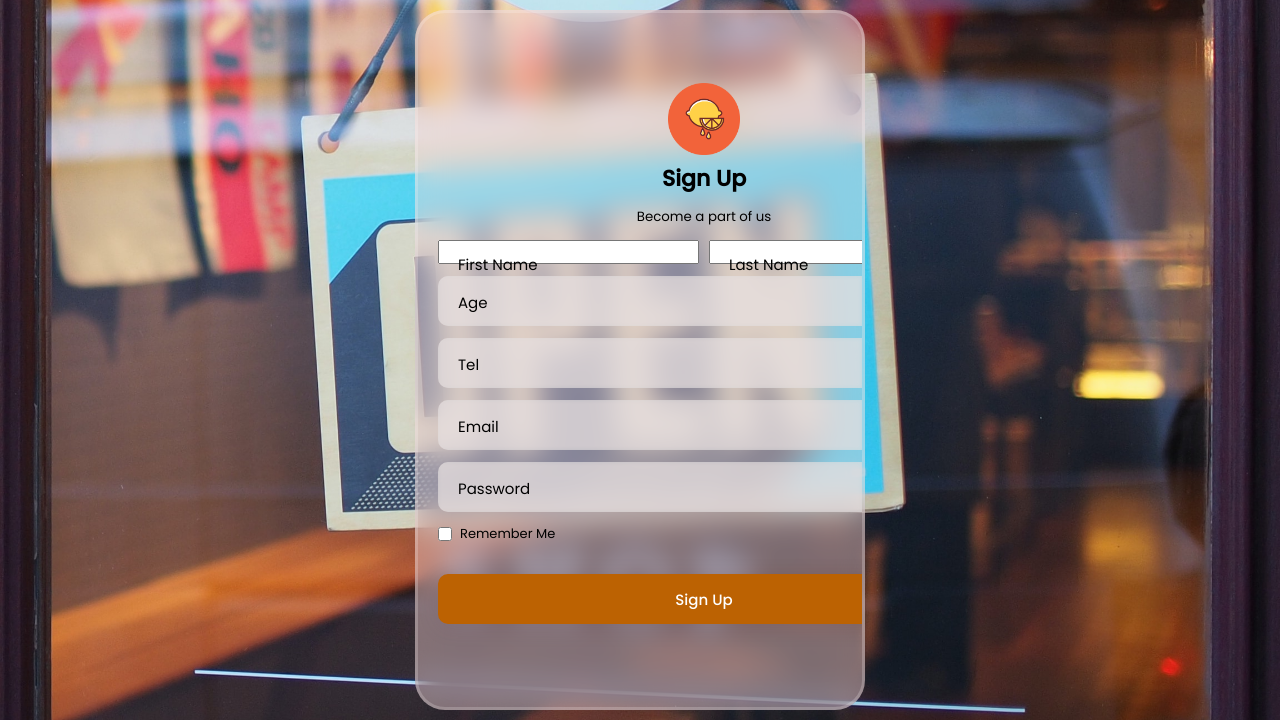
Repository: MauDucKG/BigFarm
Page: http://localhost/BigFarm/views/main/register/index.php?page=main&controller=register&action=submit
The author's editor kept a copy of each file at every save. The page is drawn from the files as they stood at one save, then again after a run of saves.
The browser window is 1280 px wide. The pictures show the whole page.
Some web libraries are served in a nearby version. The page is run by PHP 8.4 with error messages shown; the project is at /var/www/html/.

Above is the page before, as saved 2023-04-26 20:29:39.

### views/main/register/index.php
<!DOCTYPE html>
<html lang="en">

<head>
	<meta charset="utf-8">
	<meta name="viewport" content="width=device-width, initial-scale=1">
	<title>Register</title>
	<!-- <link href="https://cdn.jsdelivr.net/npm/bootstrap@5.2.2/dist/css/bootstrap.min.css" rel="stylesheet" integrity="sha384-Zenh87qX5JnK2Jl0vWa8Ck2rdkQ2Bzep5IDxbcnCeuOxjzrPF/et3URy9Bv1WTRi" crossorigin="anonymous"> -->
	<link rel="stylesheet" href="assets/stylesheets/register.css">
    <script src="https://kit.fontawesome.com/4ccf3877a2.js" crossorigin="anonymous"></script>
    <!-- <style>
        @import url('https://fonts.googleapis.com/css2?family=Poppins:wght@400;500&display=swap');
body{
    background: url("https://images.unsplash.com/photo-1472851294608-062f824d29cc?ixlib=rb-4.0.3&ixid=MnwxMjA3fDB8MHxwaG90by1wYWdlfHx8fGVufDB8fHx8&auto=format&fit=crop&w=2304&q=80");
    background-size: cover;
    background-position: center;
    background-repeat: no-repeat;
    background-attachment: fixed;
}
*{
    margin: 0;
    padding: 0;
    box-sizing: border-box;
    font-family: 'Poppins',sans-serif;
}
.wrapper{
    display: flex;
    justify-content: center;
    align-items: center;
    min-height: 100vh;
    width: 100%;
}
.box{
    display: flex;
    flex-direction: row;
    position: relative;
    padding: 60px 20px 30px 20px;
    height: 700px;
    width: 450px;
    background-color: rgba(255, 220, 220, 0.4);
    border-radius: 30px;
    -webkit-backdrop-filter: blur(15px);
    backdrop-filter: blur(15px);
    border: 3px solid rgba(255, 255, 255, 0.2);
    overflow: hidden;
}
.box-register{
    position: absolute;
    width: 85%;
    right: -350px;
    transition: .5s ease-in-out;
}
.top-header{
    text-align: center;
    margin: 10px auto;
}
.top-header h3{
    font-size: 22px;
    font-weight: 600;
    margin-bottom: 8px;
}
.input-group{
    width: 100%;
}
.input-field{
    width: 100%;
    margin-bottom: 12px;
    position: relative;
}
.input-box{
    width: 100%;
    height: 50px;
    font-size: 15px;
    color: #040404;
    border: none;
    border-radius: 10px;
    padding: 7px 45px 0 20px;
    background: rgba(224, 223, 223, 0.6);
    -webkit-backdrop-filter: blur(2px);
    backdrop-filter: blur(2px);
    outline: none;
}
.input-field label{
    position: absolute;
    left: 20px;
    top: 15px;
    font-size: 15px;
    transition: .3s ease-in-out;
}
.input-box:focus ~ label,.input-box:valid ~ label{
    top: 2px;
    font-size: 10px;
    color: #c12828;
    font-weight: 500;
}
.eye-area{
    position: absolute;
    top: 25px;
    right: 25px;
}
.eye-box{
    display: flex;
    justify-content: center;
    align-items: center;
    position: relative;
}
i{
    position: absolute;
    color: #444444;
    cursor: pointer;
}
#eye,#eye-2{
    opacity: 1;
}
#eye-slash,#eye-slash-2{
    opacity: 0;
}
.remember{
    display: flex;
    font-size: 13px;
    margin: 12px 0 30px 0;
    color: #000;
}
.check{
    margin-right: 8px;
    width: 14px;
}
.input-submit{
    width: 100%;
    height: 50px;
    font-size: 15px;
    font-weight: 500;
    border: none;
    border-radius: 10px;
    background: #bc6202;
    color: #fff;
    box-shadow: 0px 4px 20px rgba(62, 9, 9, 0.145);
    cursor: pointer;
    transition: .4s;
}
.input-submit:hover{
    background: #db3e00;
    box-shadow: 0px 4px 20px rgba(62, 9, 9, 0.32);
}
#btn{
    position: absolute;
    bottom: 0;
    left: 0;
    width: 145px;
    height: 50px;
    background: #cccccd;
    border-radius: 10px;
    box-shadow: 2px 0px 12px rgba(0, 0, 0, 0.1);
    transition: .5s ease-in-out;
}
.name-box{
    display: flex;
    column-gap: 10px;
}
.name-box .input-box{
    width: 100%;
}
.name-box .input-field{
    width: 100%;
}
    </style> -->
</head>

<body>
    <div class="wrapper">
        <div class="box">
        <form action="index.php?page=main&controller=register&action=submit" method="POST" class="text-right">
            <div class="register-box" id="regUser">
                <div class="top-header">
                    <img src="assets/images/team_logo.png" alt="" width="72" height="72">
                    <h3>Sign Up</h3>
                    <small>Become a part of us</small>
                </div>
                <div class="input-group">
                    <div class="name-box">
                        <div class="input-field">
                            <input type="text" id="fname" name="fmane" required>
                            <label for="regUser">First Name</label>
                        </div>
                        <div class="input-field">
                            <input type="text" id="lname" name="lname" required>
                            <label for="regUser">Last Name</label>
                        </div>
                    </div>
                    <div class="input-field">
                        <input type="text" class="input-box" id="regUser" required>
                        <label for="regUser">Age</label>
                    </div>
                    <div class="input-field">
                        <input type="text" class="input-box" id="regUser" required>
                        <label for="regUser">Tel</label>
                    </div>
                    <div class="input-field">
                        <input type="text" class="input-box" id="email" name="email" required>
                        <label for="regUser">Email</label>
                    </div>
                    <div class="input-field">
                        <input type="password" class="input-box" id="pass" name="pass" required>
                        <label for="regPassword">Password</label>
                         <div class="eye-area">
                                <div class="eye-box" onclick="myRegPassword()">
                                    <i class="fa-regular fa-eye" id="eye-2"></i>
                                    <i class="fa-regular fa-eye-slash" id="eye-slash-2"></i>
                                </div>
                         </div>
                    </div>
                        <!-- <div class="input-field">
                            <input type="text" class="input-box" id="regUser" required>
                            <label for="regUser">Telephone number</label> -->
                        <!-- </div>
                        <div class="input-field">
                            <input type="radio" class="input-box" id="regUser" required>
                            <label for="regUser">Male</label>
                        </div>
                        <div class="input-field">
                            <input type="radio" class="input-box" id="regUser" required>
                            <label for="regUser">Female</label>
                        </div> -->
                    <div class="remember">
                        <input type="checkbox" id="formCheck-2" class="check">
                        <label for="formCheck-2">Remember Me</label>
                    </div>
                    <div class="input-field">
                        <input type="submit" class="input-submit" value="Sign Up">
                    </div>
                </div>
          </div>
        </form>
        </div>
    </div>
    <script>
        function myRegPassword(){
            var d = document.getElementById('regPassword');
            var b = document.getElementById("eye-2");
            var c = document.getElementById("eye-slash-2");
            if(d.type === "password"){
                d.type = "text"
                b.style.opacity = "0";
                c.style.opacity = "1";
            }else{
                d.type = "password"
                b.style.opacity = "1";
                c.style.opacity = "0";
            }
        }
    </script>
</body>

</html>

### assets/stylesheets/register.css
@import url('https://fonts.googleapis.com/css2?family=Poppins:wght@400;500&display=swap');
body{
    background: url("/BigFarm/assets/images/mike-petrucci-c9FQyqIECds-unsplash.jpg");
    background-size: cover;
    background-position: center;
    background-repeat: no-repeat;
    background-attachment: fixed;
}
*{
    margin: 0;
    padding: 0;
    box-sizing: border-box;
    font-family: 'Poppins',sans-serif;
}
.wrapper{
    display: flex;
    justify-content: center;
    align-items: center;
    min-height: 100vh;
    width: 100%;
}
.box{
    display: flex;
    flex-direction: row;
    position: relative;
    padding: 60px 20px 30px 20px;
    height: 700px;
    width: 450px;
    background-color: rgba(255, 220, 220, 0.4);
    border-radius: 30px;
    -webkit-backdrop-filter: blur(15px);
    backdrop-filter: blur(15px);
    border: 3px solid rgba(255, 255, 255, 0.2);
    overflow: hidden;
}
.box-register{
    position: absolute;
    width: 85%;
    right: -350px;
    transition: .5s ease-in-out;
}
.top-header{
    text-align: center;
    margin: 10px auto;
}
.top-header h3{
    font-size: 22px;
    font-weight: 600;
    margin-bottom: 8px;
}
.input-group{
    width: 100%;
}
.input-field{
    width: 100%;
    margin-bottom: 12px;
    position: relative;
}
.input-box{
    width: 100%;
    height: 50px;
    font-size: 15px;
    color: #040404;
    border: none;
    border-radius: 10px;
    padding: 7px 45px 0 20px;
    background: rgba(224, 223, 223, 0.6);
    -webkit-backdrop-filter: blur(2px);
    backdrop-filter: blur(2px);
    outline: none;
}
.input-field label{
    position: absolute;
    left: 20px;
    top: 15px;
    font-size: 15px;
    transition: .3s ease-in-out;
}
.input-box:focus ~ label,.input-box:valid ~ label{
    top: 2px;
    font-size: 10px;
    color: #c12828;
    font-weight: 500;
}
.eye-area{
    position: absolute;
    top: 25px;
    right: 25px;
}
.eye-box{
    display: flex;
    justify-content: center;
    align-items: center;
    position: relative;
}
i{
    position: absolute;
    color: #444444;
    cursor: pointer;
}
#eye,#eye-2{
    opacity: 1;
}
#eye-slash,#eye-slash-2{
    opacity: 0;
}
.remember{
    display: flex;
    font-size: 13px;
    margin: 12px 0 30px 0;
    color: #000;
}
.check{
    margin-right: 8px;
    width: 14px;
}
.input-submit{
    width: 100%;
    height: 50px;
    font-size: 15px;
    font-weight: 500;
    border: none;
    border-radius: 10px;
    background: #bc6202;
    color: #fff;
    box-shadow: 0px 4px 20px rgba(62, 9, 9, 0.145);
    cursor: pointer;
    transition: .4s;
}
.input-submit:hover{
    background: #db3e00;
    box-shadow: 0px 4px 20px rgba(62, 9, 9, 0.32);
}
#btn{
    position: absolute;
    bottom: 0;
    left: 0;
    width: 145px;
    height: 50px;
    background: #cccccd;
    border-radius: 10px;
    box-shadow: 2px 0px 12px rgba(0, 0, 0, 0.1);
    transition: .5s ease-in-out;
}
.name-box{
    display: flex;
    column-gap: 10px;
}
.name-box .input-box{
    width: 100%;
}
.name-box .input-field{
    width: 100%;
}

After the next 2 saves:
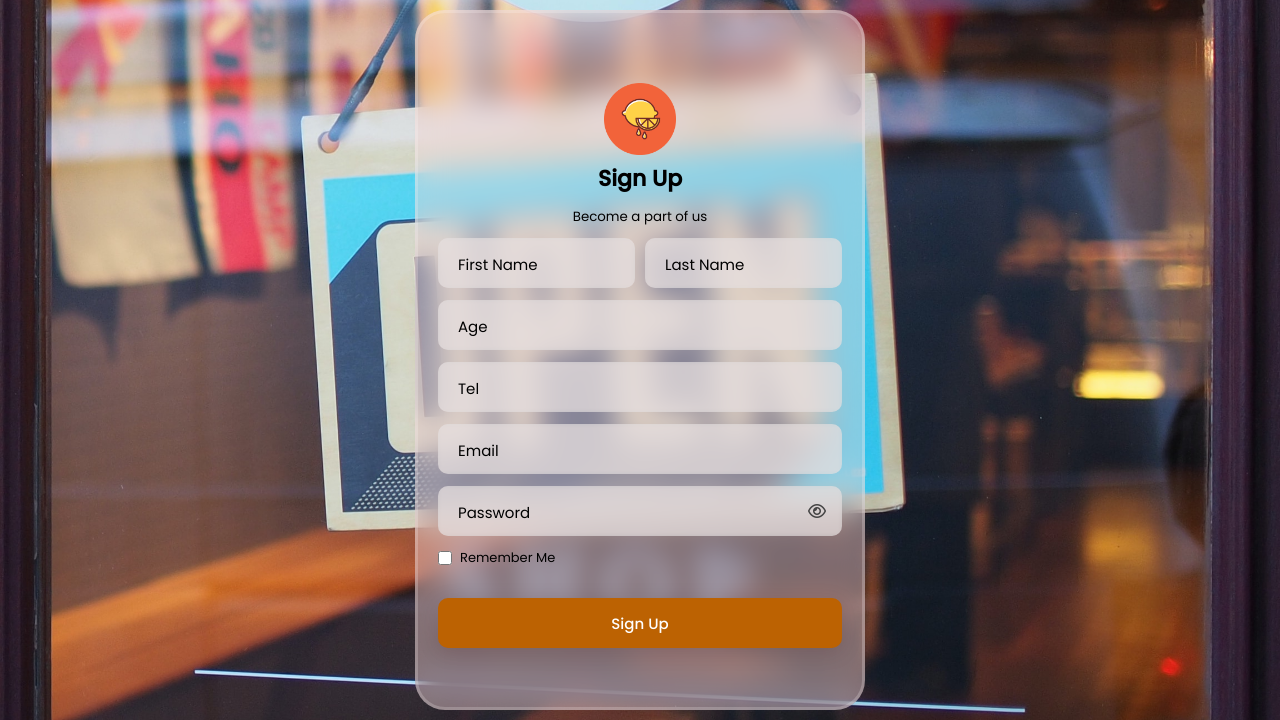
The 2 saves are shown as one change because they came seconds apart.
The last was saved 21 s later.
--- a/views/main/register/index.php
+++ b/views/main/register/index.php
@@ -179,11 +179,11 @@ i{
                 <div class="input-group">
                     <div class="name-box">
                         <div class="input-field">
-                            <input type="text" id="fname" name="fmane" required>
+                            <input type="text" class="input-box id="fname" name="fmane" required>
                             <label for="regUser">First Name</label>
                         </div>
                         <div class="input-field">
-                            <input type="text" id="lname" name="lname" required>
+                            <input type="text" class="input-box id="lname" name="lname" required>
                             <label for="regUser">Last Name</label>
                         </div>
                     </div>
